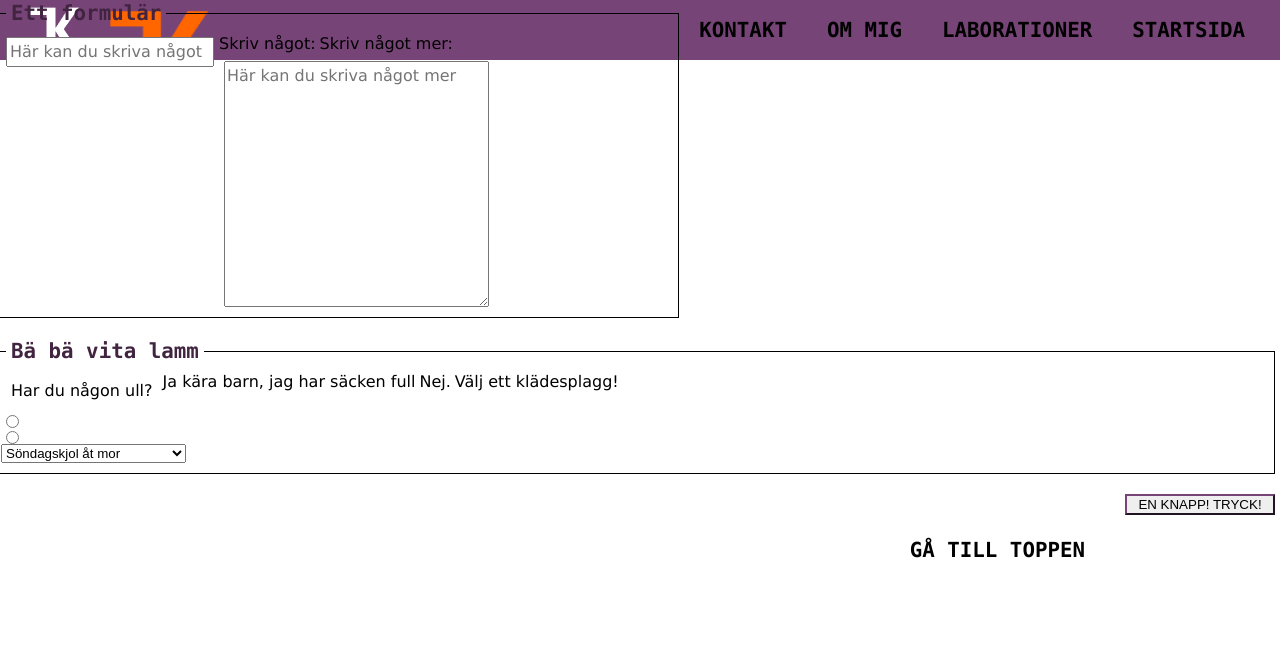
Repository: jk222rp/1ik415-laborationer-2014
Page: pages/kontakt.html
The author's editor kept a record of every edit. The page is drawn from the files as they stood at one moment, then again after the next edit.
The browser window is 1280 px wide. The pictures show the whole page.

Above is the page before.

### pages/kontakt.html
<!doctype html>
<html lang="sv">
    <head>
        <meta charset="utf-8" />
        <title>Julias laborationsblogg</title>
        <link rel="stylesheet" type="text/css" href="../css/style.css" />
    </head>

    <body>
        <div id="container">

        <div id="header">
        <h1><img src="pics/logotyp.png" alt="" width="100px" height="97px"/>Julias laborationsblogg</h1>
        </div>

<!--Menu-->
        <div id="nav">
        <ul>
            <li><a href="../index.html">Startsida</a></li>
            <li><a href="laborationer.html">Laborationer</a></li>
            <li><a href="presentation.html">Om mig</a></li>
            <li><a href="kontakt.html">Kontakt</a></li>
        </ul>

        <form action="http://voyager.lnu.se/tekinet/kurser/dtt/wp_webbintro/form.php" method="post">

    <!--Form first part-->
            <fieldset>
                <legend>Ett formulär</legend>

                <label for="text">Skriv något:</label>
                <input placeholder="Här kan du skriva något" type="text" id="text" name="text" />

                <label for="moretext">Skriv något mer:</label>
                <textarea rows="10" cols="30" placeholder="Här kan du skriva något mer" id="moretext" name="moretext"></textarea>
            </fieldset>

    <!--Form second part-->
            <fieldset>
                <legend>Bä bä vita lamm</legend>

                <p>Har du någon ull?</p>
                <input type="radio" id="woolyes" name="wool" value="yes" /><label for="woolyes">Ja kära barn, jag har säcken full</label>
                <input type="radio" id="woolno" name="wool" value="no" /><label for="woolno">Nej.</label>

                <label for="clothes">Välj ett klädesplagg!</label>
                <select id="clothes" name="clothes">
                    <option value="skirt">Söndagskjol åt mor</option>
                    <option value="coat">Helgdagsrock åt far</option>
                    <option value="socks">Två par strumpor åt lillebror</option>
                </select>
            </fieldset>

    <!--Send form-->
                <button type="submit">EN KNAPP! TRYCK!</button>
        </form>

        <div id="footer">
            <p><a href="#header">Gå till toppen</a></p>
        </div>

        </div>

    </body>
</html>

### css/style.css
/* http://meyerweb.com/eric/tools/css/reset/
   v2.0 | 20110126
   License: none (public domain)
*/

html, body, div, span, applet, object, iframe,
h1, h2, h3, h4, h5, h6, p, blockquote, pre,
a, abbr, acronym, address, big, cite, code,
del, dfn, em, img, ins, kbd, q, s, samp,
small, strike, strong, sub, sup, tt, var,
b, u, i, center,
dl, dt, dd, ol, ul, li,
fieldset, form, label, legend,
/*table, caption, tbody, tfoot, thead, tr, th, td,*/
article, aside, canvas, details, embed,
figure, figcaption, footer, header, hgroup,
menu, nav, output, ruby, section, summary,
time, mark, audio, video {
	margin: 0;
	padding: 0;
	border: 0;
	font-size: 100%;
	font: inherit;
	vertical-align: baseline;
}
/* HTML5 display-role reset for older browsers */
article, aside, details, figcaption, figure,
footer, header, hgroup, main, menu, nav, section {
	display: block;
}
body {
	line-height: 1;
}
ol, ul {
	list-style: none;
}
blockquote, q {
	quotes: none;
}
blockquote:before, blockquote:after,
q:before, q:after {
	content: '';
	content: none;
}
table {
	border-collapse: collapse;
	border-spacing: 0;
}

/*END OF RESET*/

/*START OF STYLE*/

/*COLORS
    Background: #fff (white)
    Header and links: #747 (light purple)
    Head texts: #402440 (dark purple)
    Text main: #000 (black)
    Visited links and postfoots: #888 (gray)
*/


body {
    background-color: #fff;
    font-size: 1em;
}

/*Layout*/
#container {
    background: #fff url(pics/bakgrund.png) no-repeat top left;
    background-position: 0 60px;
    background-size: 100%;
    margin: 0 auto;
    width: 100%;
    overflow: auto;
}

#header {
    float: left;
    height: 60px;
    width: 100%;
}

#nav {
    height: 30px;
    width: 100%;
    padding: 0 5px;
    position: absolute;
    top: 0;
    right: 0;
}

#content {
    margin: 100px auto 0 auto;
    max-width: 940px;
    padding: 0 10px 28px 10px;
}

#footer {
    clear: both;
    margin: 0 auto;
    max-width: 960px;
}

#post #content {
    padding-bottom: 0;
}

/*Backgrounds and borders*/

#header {
    background: #747 url(pics/logotyp.png) no-repeat top left;
    background-size: 50px;
    background-position: 30px;
}

table {
    border: solid #000 2px;
}

th, td {
    border: solid #000 1px;
    padding: 0.5em;
}

fieldset {
    border: solid #000 1px;
}

/*Texts and links*/

h1 {
    color: #000;
    font-family: Consolas, Verdana, sans-serif;
    font-size: 1.25em;
    font-weight: bold;
    text-align: left;
    text-indent: 100px;
    line-height: 60px;
}

h2 {
    /*border-bottom: solid #888 2px;*/
    color: #402440;
    font-family: Consolas, Verdana, sans-serif;
    font-size: 1.5em;
    font-weight: bold;
    line-height: 1.5em;
    margin: 0 0 10px 0;
    padding-left: 10px;
    padding-right: 10px;
}

#presentation h2 {
    border: 0px;
    color: #000;
    margin: 20px 0 5px 0;
}

h3 {
    /*border-bottom: solid #888 1px;*/
    color: #402440;
    font-family: Consolas, Verdana, sans-serif;
    font-size: 1.25em;
    font-weight: bold;
    line-height: 1.25em;
    margin: 0 0 10px 0;
    padding-left: 10px;
    padding-right: 10px;
}

#laborationer h2, #laborationer h3 {
    margin: 30px 0 0 0;
}

p {
    color: #000;
    font-family: Verdana, sans-serif;
    font-size: 1em;
    line-height: 2em;
    padding: 5px 10px;
}

.printtext {
    display: none;
}


/*resets the reset of lists*/
ul {
    list-style-type: disc;
    list-style-position: inside;
}
ol {
    list-style-type: decimal;
    list-style-position: inside;
}
ul ul, ol ul {
    list-style-type: circle;
    list-style-position: inside;
    margin-left: 15px;
}
ol ol, ul ol {
    list-style-type: lower-latin;
    list-style-position: inside;
    margin-left: 15px;
}
/*resets the reset of lists*/


li {
    color: #000;
    font-family: Verdana, sans-serif;
    font-size: 1em;
    line-height: 2em;
    padding-left: 10px;
    padding-right: 10px;
}

dl {
    color: #000;
    font-family: Verdana, sans-serif;
    font-size: 1em;
    line-height: 2em;
    list-style-position: inside;
	margin:0 0 1.5em 0;
    padding-left: 10px;
    padding-right: 10px;
}

dl dt {
	font-weight:bold;
}
dd {
	margin-left:1.5em;
}

table {
    margin: 10px;
}

td {
    text-align: center;
}

.postfoot {
    border-bottom: solid #747 1px;
    clear: both;
    color: #888;
    font-family: Verdana, sans-serif;
    font-size: 1em;
    line-height: 1.2em;
    margin: 10px 0 30px 0;
    padding: 0 10px;
    text-align: right;
}

a:link {color: #747; font-family: Verdana, sans-serif; font-size: 0.875em; line-height: 1.3125em;}
a:visited {color: #888;}
a:focus {color: #000; border: solid #f60 2px;}
a:hover {color: #000;}
a:active {color: #fff;}

#footer a {
    color: #747;
    display: block;
    font-weight: bold;
    padding-right: 5px;
    text-align: right;
    text-decoration: none;
    text-transform: uppercase;
}

#footer a:hover {
    color: #000;
}

#nav a {
    display: block;
    float: right;
    font-family: Consolas, Verdana, sans-serif;
    font-size: 1.3em;
    font-weight: bold;
    height: 60px;
    line-height: 60px;
    padding: 0 20px;
    text-align: center;
    text-decoration: none;
    text-transform: uppercase;
    white-space: nowrap;
}

#nav li {
    list-style-type: none;
}

#nav a:link, #nav a:visited {color: #000;}
#nav a:focus {color: #000; border: solid #000 2px;}
#nav a:hover {color: #000;}
#nav a:active {color: #fff;}

#active a:link, #active a:visited, #active a:focus, #active a:hover, #active a:active {
    color: #fff;
}

/*Formulär*/
fieldset {
    margin-bottom: 20px;
    padding: 5px;
}

legend {
    color: #402440;
    font-family: Consolas, Verdana, sans-serif;
    font-size: 1.3em;
    font-weight: bold;
    line-height: 1.3em;
    margin-left: 5px;
    padding: 0 5px;
}

label, input, textarea {
    color: #000;
    font-family: Verdana, sans-serif;
    font-size: 1em;
    line-height: 1.5em;
}

#form1 label {
    clear: left;
    display: block;
    float: left;
    margin: 5px 0;
    padding: 0 5px 5px 5px;
    text-align: right;
    width: 125px;
}

#form2 label {
    float: left;
    padding: 0 5px 5px 5px;
}

#select {
    float: left;
    clear: left;
    margin: 10px 0 0 5px;
    padding: 0 5px 5px 5px;
}

.radio {
    clear: none;
}

#text, #moretext {
    float: left;
    margin: 5px;
}

fieldset p {
    clear: both;
    float: left;
}

#woolyes, #woolno {
    clear: left;
    float: left;
}

select {
    clear: both;
    float: left;
    margin-bottom: 5px;
}

button {
    border-color: #747;
    float: right;
    width: 150px;
}

button:hover {font-weight: bold;}

/*Bilder och video*/
video, img {
    margin: 10px;
    max-width: 95%;
}

.right, .left {
    margin: 10px;
}

.right {
    float: right;
}

.left {
    float: left;
}



/*Kommentarer*/
.comments { /*Hela kommentarsbiten*/
    border: solid #747 1px;
    padding: 5px 0;
    margin: -20px 5px 30px 5px;
}

.commentshead h2 { /*Rubrik för kommentarsbiten*/
    border-bottom: solid #747 1px;
    font-size: 1.3em;
    line-height: 1.3em;
}

.comment { /*En kommentar*/
    padding: 5px;
}

.commenthead h3 { /*Rubrik för en kommentar*/
    color: #747;
    font-size: 1.1em;
    line-height: 1.1em;
    margin: 0;
}

.thecomment { /*Kommentaren*/
    font-size: 0.8em;
    line-height: 1.6em;
}

.commentfoot { /*Fot för en kommentar*/
    border-bottom: solid #747 1px;
    clear: both;
    color: #888;
    font-family: Verdana, sans-serif;
    font-size: 0.8em;
    line-height: 1.5em;
    margin: 0 0 10px 0;
    padding: 0 10px;
    text-align: right;
}




/*hCard*/

.vcard { /*hela kortet*/
    border: solid #747 1px;
    font-size: 0.8em;
    margin: 20px auto;
    padding: 10px;
    width: 250px;
}

.fn, .email, .adr, .tel { /*förnamnet*/
    color: #000;
    font-family: Verdana, sans-serif;
    font-size: 1em;
    line-height: 1.5em;
    padding: 5px 0;
}

After the next edit:
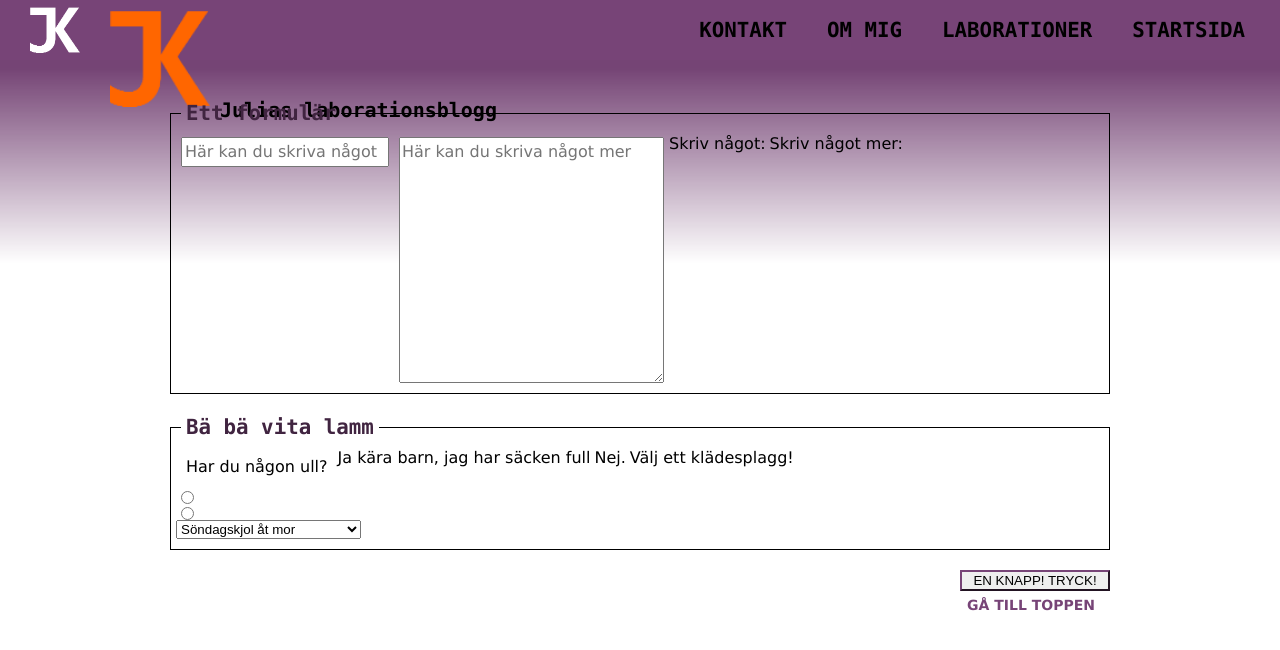
The edit:
--- a/pages/kontakt.html
+++ b/pages/kontakt.html
@@ -21,7 +21,10 @@
             <li><a href="presentation.html">Om mig</a></li>
             <li><a href="kontakt.html">Kontakt</a></li>
         </ul>
+        </div>
 
+<!--Form-->
+        <div id="content">
         <form action="http://voyager.lnu.se/tekinet/kurser/dtt/wp_webbintro/form.php" method="post">
 
     <!--Form first part-->
